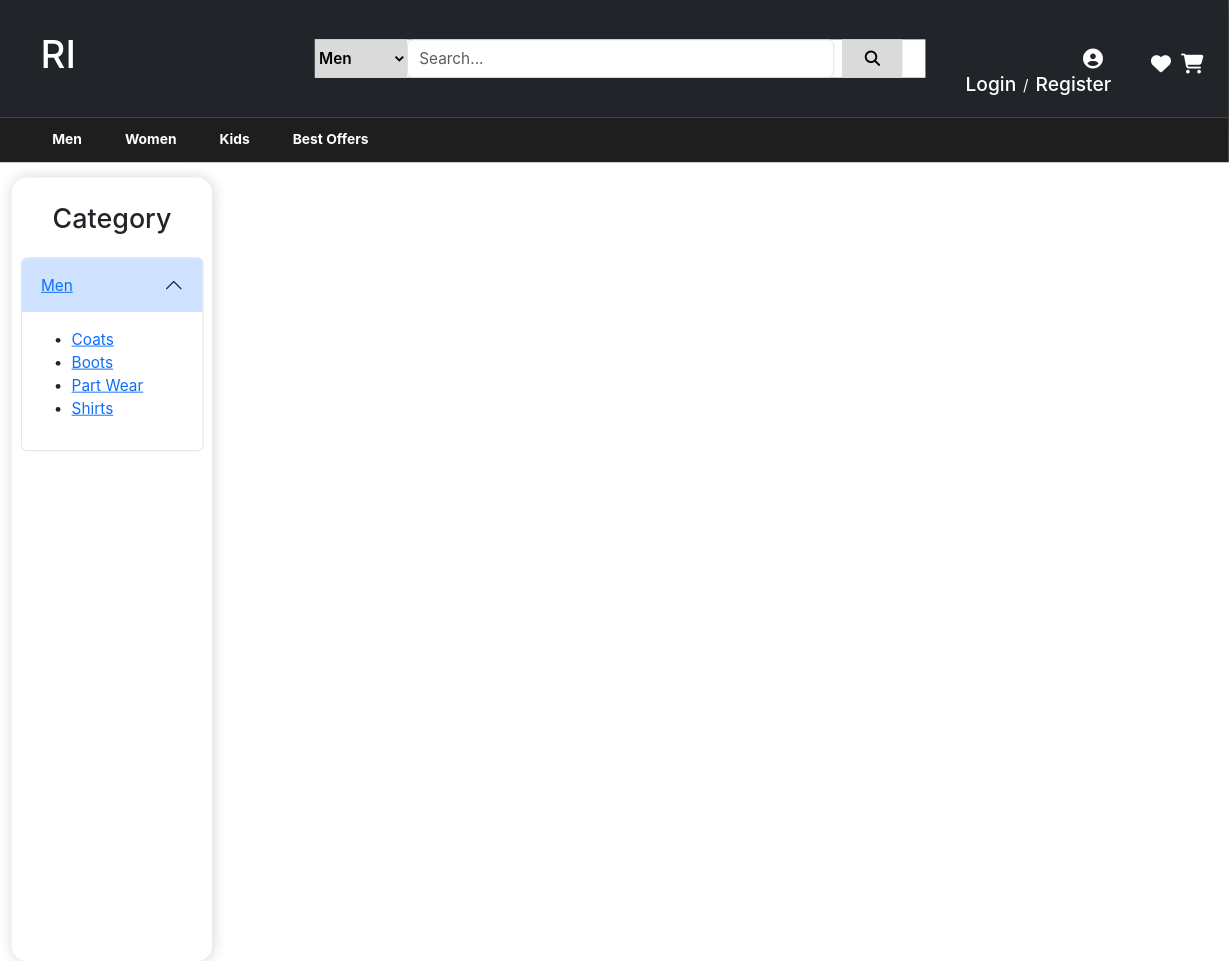
Repository: KodandaraoChellapilli/e-store
Page: /
These files come from the project's save history. The page is drawn as it stood at one moment and after the next save; the edit follows.
The browser window is 1280 px wide. The pictures show the whole page, at 96% of full size.
The project was rebuilt for these pictures with package versions that can differ from the ones it lists, and the page was loaded fresh each time. Also part of the build but not shown: src/App.css.

Above is the page before, as saved 2025-06-09 14:57:51.

### public/index.html
<!DOCTYPE html>
<html lang="en">
  <head>
    <meta charset="utf-8" />
    <link rel="icon" href="%PUBLIC_URL%/favicon.ico" />
    <meta name="viewport" content="width=device-width, initial-scale=1" />
    <meta name="theme-color" content="#000000" />
    <meta
      name="description"
      content="Web site created using create-react-app"
    />
    <link rel="apple-touch-icon" href="%PUBLIC_URL%/logo192.png" />
    <!--
      manifest.json provides metadata used when your web app is installed on a
      user's mobile device or desktop. See https://developers.google.com/web/fundamentals/web-app-manifest/
    -->
    <link rel="manifest" href="%PUBLIC_URL%/manifest.json" />

    <link rel="stylesheet"   href="https://cdnjs.cloudflare.com/ajax/libs/font-awesome/6.7.2/css/all.min.css"/>


    <link href="https://cdn.jsdelivr.net/npm/bootstrap@5.3.6/dist/css/bootstrap.min.css" rel="stylesheet" integrity="sha384-4Q6Gf2aSP4eDXB8Miphtr37CMZZQ5oXLH2yaXMJ2w8e2ZtHTl7GptT4jmndRuHDT" crossorigin="anonymous">
    <!--
      Notice the use of %PUBLIC_URL% in the tags above.
      It will be replaced with the URL of the `public` folder during the build.
      Only files inside the `public` folder can be referenced from the HTML.

      Unlike "/favicon.ico" or "favicon.ico", "%PUBLIC_URL%/favicon.ico" will
      work correctly both with client-side routing and a non-root public URL.
      Learn how to configure a non-root public URL by running `npm run build`.
    -->
    <title>React App</title>
  </head>
  <body>
    <noscript>You need to enable JavaScript to run this app.</noscript>
    <div id="root"></div>
    <!--
      This HTML file is a template.
      If you open it directly in the browser, you will see an empty page.

      You can add webfonts, meta tags, or analytics to this file.
      The build step will place the bundled scripts into the <body> tag.

      To begin the development, run `npm start` or `yarn start`.
      To create a production bundle, use `npm run build` or `yarn build`.
    -->
  </body>
</html>

### src/App.js
import logo from './logo.svg';
import './App.css';
import TopNav from './Components/TopNav';
import  CatNav from './Components/CatNav';
import MainComponent from './Components/MainComponent';



function App() {
  return (
    <div className="App">

      <TopNav />
      <CatNav />
      <MainComponent />

    </div>
  );
}

export default App;

### src/Components/TopNav/index.js

import './_top-nav.scss';




const TopNav = ()=>{

    return (
        <div>

            <div className='header bg-dark'>
                    <div className='row'>

                    <div className='brand my-1'>
                        <h1>RI</h1>
                    </div>

                    <div className='inp-container p-0 my-4 w-50 h-25 bg-white'>

                        <div className='dropdown m-0 p-0'>
                        <select className='select-btn w-100 p-0 m-0'>
                            <option>Men</option>
                            <option>Women</option>
                            <option>Kids</option>
                        </select>
                        </div>

                        <input className='form-control' placeholder='Search...' />
                        <button><i className='fa fa-search'></i></button>

                    </div>

                    <div className='login-container p-0'>
                        <i className='fa fa-user-circle user-icon'></i>
                        <div className='auth-links'>
                        <h5><a href='#'>Login</a></h5>
                        <span> / </span>
                        <h5><a href="#">Register</a></h5>
                        </div>
                    </div>

                    <div className='cart-wishlist'>
                        <ul className='p-0'>
                        <li className='list-icon'><i className='fa fa-heart'></i></li>
                        <li className='list-icon'><i className='fa fa-shopping-cart'></i></li>
                        </ul>
                    </div>

                    </div>
      </div>
        </div>
    )

}

export default TopNav

### src/Components/CatNav/index.js
import './_cat-nav.scss';


const CatNav =()=> {
    return (
        <>

        <div className='cat-nav-container continer'>
            <ul>
                <li className ='list-items'> <a href='#'> Men  </a></li>
                <li className ='list-items' > <a href='#'> Women </a></li>
                <li  className ='list-items'> <a href='#'> Kids </a></li>
                <li  className ='list-items'> <a href='#'> Best Offers </a></li>

            </ul>
        </div>


        </>
    )
}

export default CatNav;

### src/Components/MainComponent/index.js
import './_main-component.scss';
import SideNav from '../SideNav';

const MainComponent =()=> {

    return (
        <div>
            <div className='container-fluid'>
                <div className='col-lg-2 col-md-3 col-sm-4'>
                    <SideNav/>
                </div>
            </div>
        </div>
    )
}

export default MainComponent;

### src/Components/TopNav/_top-nav.scss
@import '../../style/sass/variables';

.header {
  max-width: 100%;
  box-shadow: 5px 5px 20px gray;
  padding: 1em;
}

.row {
  display: flex;
  align-items: center;
  flex-wrap: wrap;
  justify-content: space-between;
}

.brand {
  color: white;
  margin-left: 2%;
  padding: 0.8em;
  width: 23%;
}

.inp-container {
  display: flex;
  align-items: center;
  width: 50%;
  padding: 0.5em;
  background-color: white;
}

.inp-container .dropdown {
  width: 15%;
  margin-right: 0.5em;
}

.drropdown{
    width: 15%;
}

.select-btn {
  height: $element-height;
  border: none;
  background-color: #dadada;
  font-weight: 600;
  width: 100%;
}

.inp-container input {
  width: 70%;
  height: $element-height;
  margin-right: 0.5em;
}

.inp-container button {
  width: 10%;
  height: $element-height;
  border: none;
  background-color: #dadada;
}

.login-container {
  width: 15%;
  color: white;
  text-align: right;
  margin: 1.7em 0.2em 0 0;
}

.user-icon {
  margin-right: 0.4em;
  padding: 0.2em;
  font-size: $icon-font;
}

.auth-links {
  display: inline-block;
}

.login-container h5,
.login-container span {
  display: inline-block;
  margin: 0 0.2em;
}

.login-container a {
  text-decoration: none;
  color: white;
}

.cart-wishlist {
  width: 7%;
  margin-top: 1.7em;
  margin-left: 1em;
}

.cart-wishlist .list-icon {
  color: white;
  font-size: $icon-font;
  list-style-type: none;
  display: inline-block;
  margin-right: 0.5em;
}

### src/Components/CatNav/_cat-nav.scss
@import '../../style/sass/variables';
@import '../../style/sass/mixins';


.cat-nav-container {
  background-color: #1e1e1e; // Dark background for nav
  max-width: 100%; // Makes the nav bar take full width
  border-top: 1px solid #444444; // Adds a subtle top border

  .list-items {
    list-style-type: none; // Removes bullets from the list
    display: inline-block; // Aligns list items horizontally
    margin: 0.2em 1em; // Space around each list item
    padding: 0.4em; // Inner spacing
    height: 2.5em; // Sets height of each item
  }

  a {
    text-decoration: none; // Removes underline from links
    color: white; // Makes link text white
    height: 1.8em; // Sets height of the anchor tag
    font-size: 0.9em; // Slightly smaller font
    font-weight: 700; // Makes text bold

    &::after {
      content: ''; // Creates a fake element after <a>
      display: block; // Makes it act like a visible block
      bottom: 0; // Align it to bottom (needs position to work correctly)
      left: 0; // Align it to left side
      height: 0.2em; // Thin line height
      background-color:$accent-color; // Line color
      transform: scaleX(0); // Starts invisible
      @include transition(transform, 0.2s )
    }

    &:hover::after {
      transform: scaleX(1.1); // When hovering, stretch the line slightly
    }
  }
}

### src/Components/SideNav/index.js
import './_side-nav.scss';


const SideNav =()=>{

    return (
        <div className='side-nav'>
            <div className='section-title'>
                <h3>Category</h3>

            </div>

            <div className= 'accordion'>
                <div className= 'accordion-item individual-category'>
                    <div className = 'accordion-header'>
                        <button className='accordion-button'>
                            <div className='category-title'>
                                <a href='#'>Men</a>
                            </div>
                        </button>

                    </div>

                    <div className='accordion-collapse collapse show'>
                        <div className='accordion-body'>
                            <ul>
                                <li className='sub-items'><a href='#'>Coats</a></li>
                                <li className='sub-items'><a href='#'>Boots</a></li>
                                <li className ='sub-items'><a href='#'>Part Wear</a></li>
                                <li className= 'sub-items'><a href='#'>Shirts</a></li>
                            </ul>
                        </div>

                    </div>



                </div>

            </div>
        </div>
    )


}
export default SideNav;

### src/style/sass/_variables.scss
$accent-color: red;
$icon-font: 1.3em;
$element-height: 2.5em;

### src/style/sass/_mixins.scss
@mixin transition($property, $duration) {
  transition-property: $property;
  transition-duration: $duration;
}

### src/Components/SideNav/_side-nav.scss
.side-nav{
    margin-top: 1em;
    padding: 0.6em;
    box-shadow: 1px 0px 14px 0px lightgray;
    height: 51em;
    border-radius: 1em;


    .section-title{
        padding: 1em;

        h3{
            text-align: center;
        }
    }
}

Loaded but not shown: src/index.js (common file); src/index.css (common file); src/reportWebVitals.js (common file); src/Components/MainComponent/_main-component.scss (no stored copy; drawn as an empty file)

After the next save:
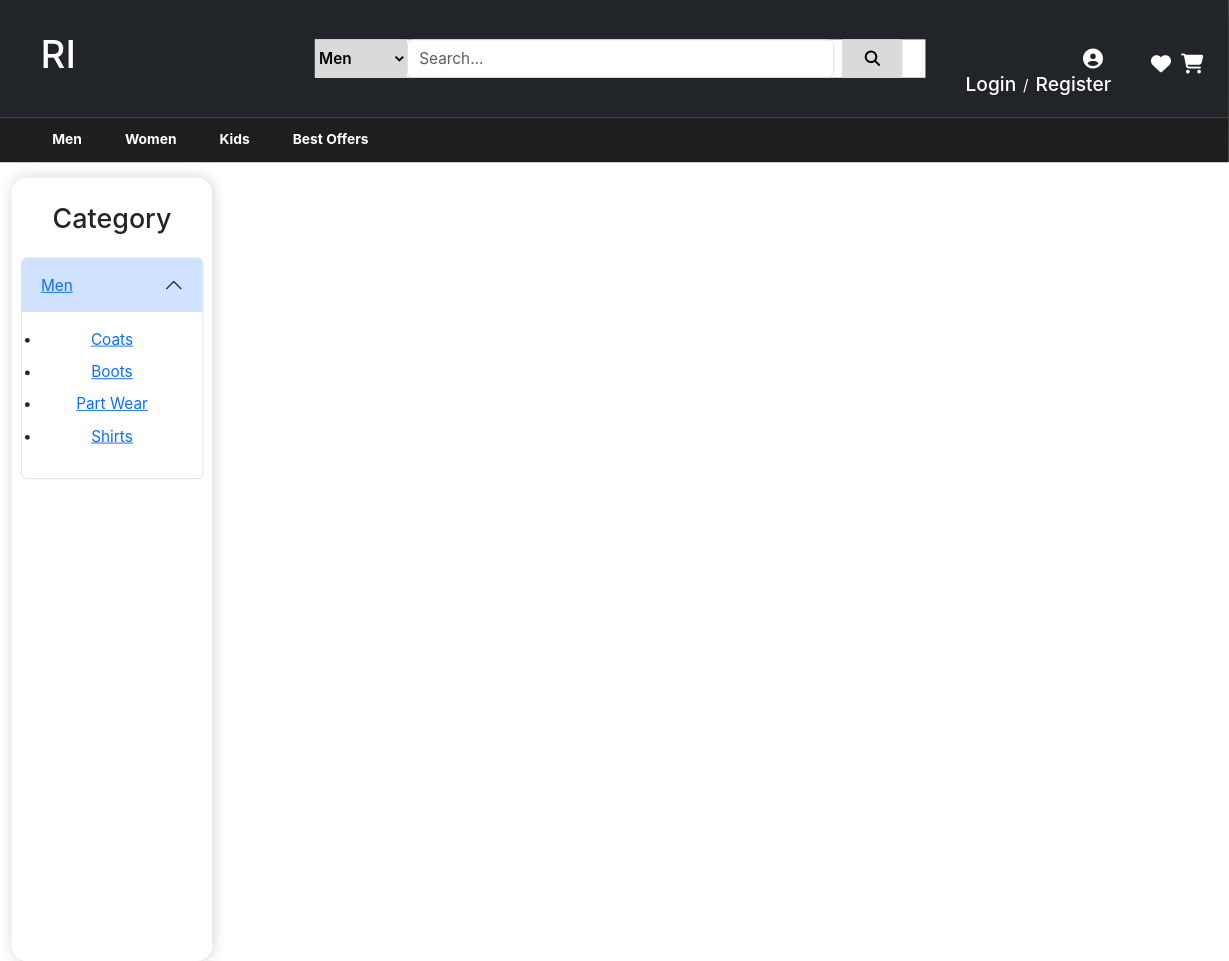
Saved 2 min 9 s later.
--- a/src/Components/SideNav/_side-nav.scss
+++ b/src/Components/SideNav/_side-nav.scss
@@ -13,4 +13,14 @@
             text-align: center;
         }
     }
+
+    .individual-category{
+        ul{
+            padding: 0;
+        }
+        .sub-items{
+            text-align: center;
+            margin-bottom: 0.6em;
+        }
+    }
 }
